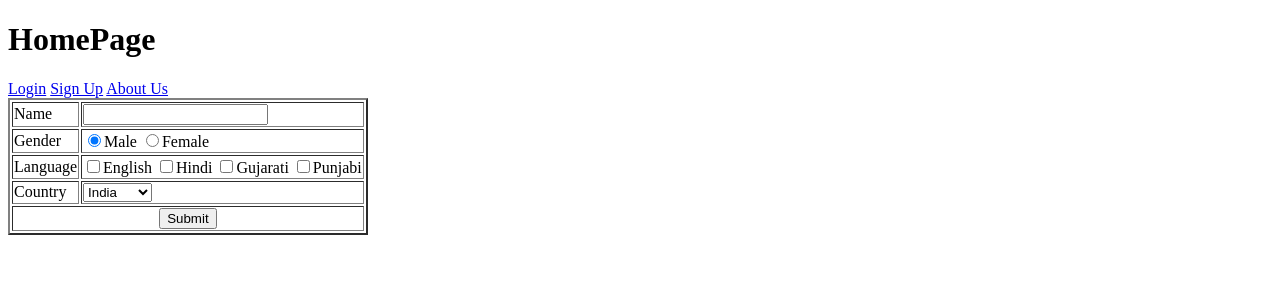
Repository: chirag555/Java_full_stack
Page: http://localhost/BasicMVC/Index.jsp
An editor plug-in stored every save of this project. The page is shown before and after the next save, followed by the edit.
The browser window is 1280 px wide. The pictures show the whole page.
The page is served by Tomcat 9. Other server files are loaded and not shown.

Above is the page before, as saved 2020-02-13 10:21:50.

### BasicMVC/WebContent/Index.jsp
<%@ page language="java" contentType="text/html; charset=ISO-8859-1"
	pageEncoding="ISO-8859-1"%>
<!DOCTYPE html>
<html>
<head>
<meta charset="ISO-8859-1">
<title>Home Page</title>
</head>
<body>
	<h1>HomePage</h1>
	<a href="<%=request.getContextPath()%>/Controller?page=login">Login</a>
	<a href="<%=request.getContextPath()%>/Controller?page=SignUp">Sign
		Up</a>
	<a href="<%=request.getContextPath()%>/Controller?page=about">About
		Us</a>

	<form method=post
		action="<%=request.getContextPath()%>/DetailsProcessing">
		<table border="2">
			<tr>
				<td>Name</td>
				<td><input type=text name=name required></td>
			</tr>
			<tr>
				<td>Gender</td>
				<td><input type=radio name=gender value=male checked="checked">Male
					<input type=radio name=gender value=female>Female</td>
			</tr>
			<tr>
				<td>Language</td>
				<td><input type=checkbox name=language value=english>English
					<input type=checkbox name=language value=hindi>Hindi <input
					type=checkbox name=language value=gujarati>Gujarati <input
					type=checkbox name=language value=punjabi>Punjabi</td>
			<tr>
				<td>Country</td>
				<td><select name=country>
						<option value=india>India</option>
						<option value=usa>USA</option>
						<option value=nepal>Nepal</option>
						<option value=uganda>Uganda</option>
				</select></td>
			</tr>
			<tr>
				<td colspan=2 align=center><input type=submit value="Submit">
				</td>
			</tr>
		</table>
	</form>
</body>
</html>

After the next save:
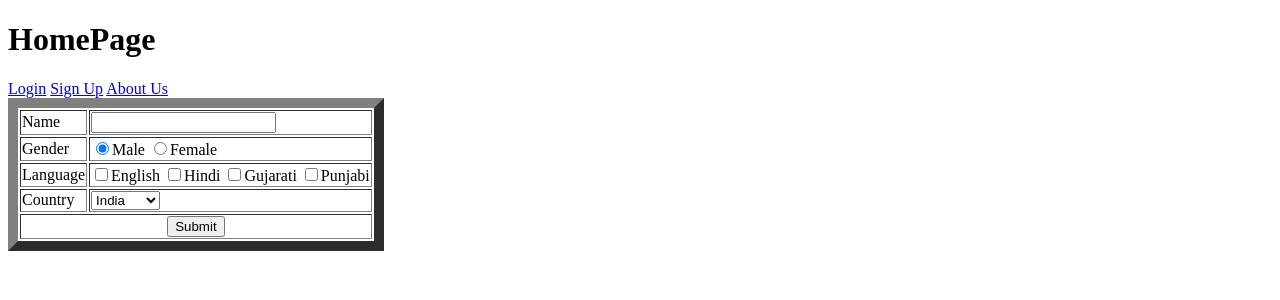
Saved 9 min 22 s later.
--- a/BasicMVC/WebContent/Index.jsp
+++ b/BasicMVC/WebContent/Index.jsp
@@ -16,7 +16,7 @@
 
 	<form method=post
 		action="<%=request.getContextPath()%>/DetailsProcessing">
-		<table border="2">
+		<table border="10px">
 			<tr>
 				<td>Name</td>
 				<td><input type=text name=name required></td>
